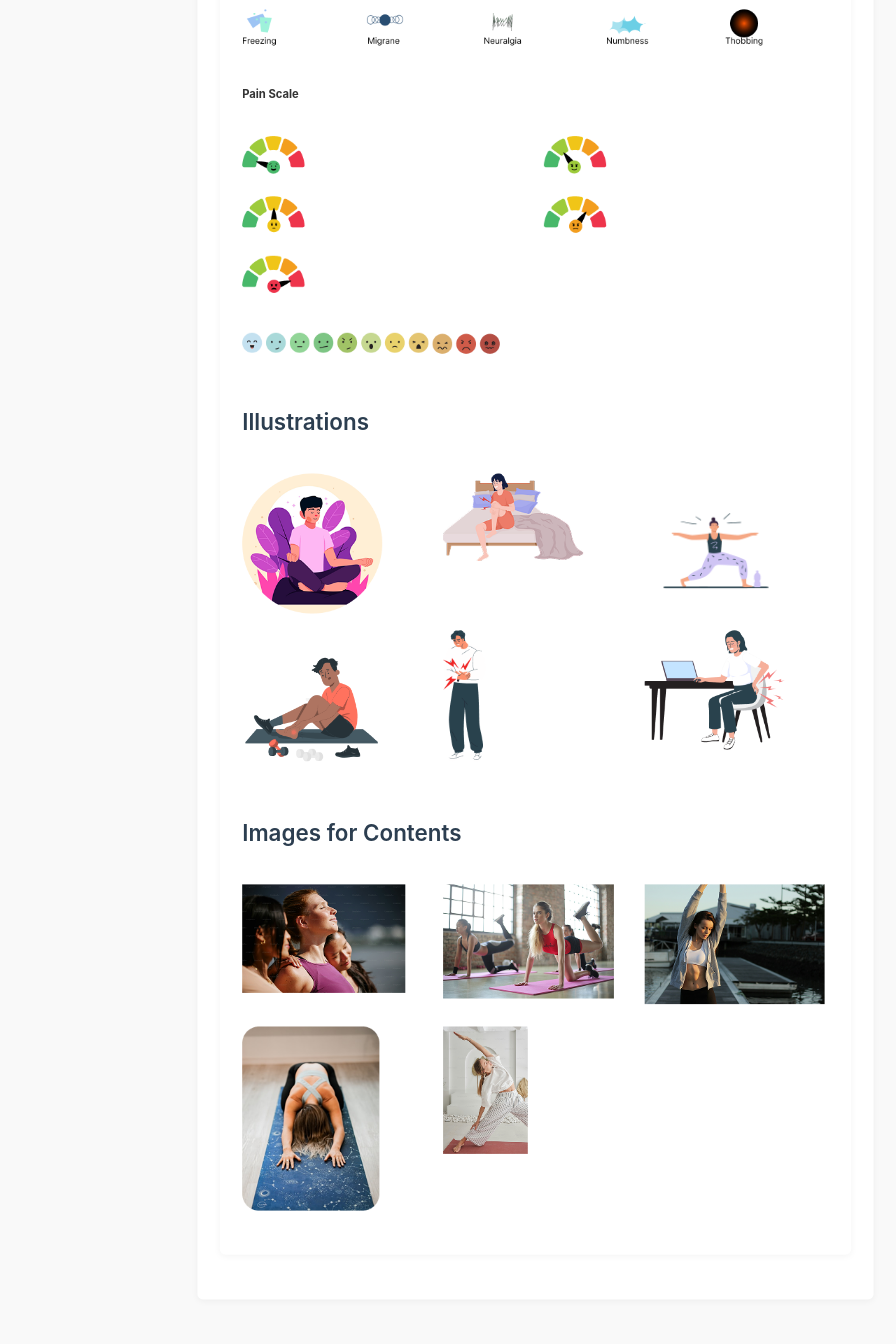
Repository: rosielee09/Heal_U
Page: graphics.html
An editor plug-in stored every save of this project. The page is shown before and after the next save, followed by the edit.
The browser window is 1280 px wide. The pictures show the part of the page from y = 2169 to 4089 px (the page is 4089 px tall before and 4026 px after), at 70% of full size.

Above is the page before, as saved 2025-04-03 22:19:38.

### graphics.html
<!DOCTYPE html>
<html lang="en">
<head>
    <meta charset="UTF-8">
    <meta name="viewport" content="width=device-width, initial-scale=1.0">
    <link rel="stylesheet" href="styles.css">
    <title>Heal_U Styleguide</title>
</head>
<body>
    <div class="container">
        <!-- Sidebar Navigation -->
        <div class="sidebar">
            <div class="sidebar-header">
                <h1>UI/UX Styleguide</h1>
                <p>Project design system</p>
            </div>
            <ul class="nav">
                <li ><a href="index.html">Home</a></li>
                <li><a href="colors.html">Colors</a></li>
                <li><a href="typography.html">Typography</a></li>
                <li><a href="logo.html">Logo</a></li>
                <li class="active"><a href="graphics.html">Graphics</a></li>
                <li><a href="references.html">References</a></li>
            </ul>
        </div>

        <!-- Main Content - Home Page -->

        <div class="content">
            <header class="page-header">
                <h2>Graphics</h2>
            </header>

            <div class="component">
                <div class="component-header">
                  <p class="component-description">This document provides guidelines for maintaining visual consistency across our product.</p>
                </div>
           <!-- SECTION 1: menu bar -->
           <div class="component">
            <div class="component-header">

                <section class="component-section">
                    <h3 class="component-title">Navigation Bar</h3>
                    <div class="graphic-grid">
                        <!-- home -->
                        <div class="graphic-item">
                            <img class="graphic-menu__icon" src="/img/graphic-menu/home.png" alt="home">
                            <div class="graphic-info">
                                <h4 class="graphic-title">Home</h4>
                                <div>The Home button navigates users to the home screen, providing quick access to the main interface.</div>
                            </div>
                        </div>
                        <!-- diagnose -->
                        <div class="graphic-item">
                            <img class="graphic-menu__icon" src="/img/graphic-menu/diagnose.png" alt="diagnose">
                            <div class="graphic-info">
                                <h4 class="graphic-title">Diagnose </h4>
                                <div>The diagnose button navigates users to the Diagnose page, allowing them to reassess their condition anytime, especially if their pain level changes significantly.</div>
                            </div>
                        </div>
                        <!-- Progress -->
                        <div class="graphic-item">
                            <img class="graphic-menu__icon" src="/img/graphic-menu/progress.png" alt="Progress">
                            <div class="graphic-info">
                                <h4 class="graphic-title">Progress </h4>
                                <div>
                                    The Progress button takes users to the Progress page, where they can track their journey from the beginning to their current pain condition.</div>
                            </div>
                        </div>

                        <!-- blog -->
                        <div class="graphic-item">
                            <img class="graphic-menu__icon" src="/img/graphic-menu/blog.png" alt="blog">
                            <div class="graphic-info">
                                <h4 class="graphic-title">Blog </h4>
                                <div>The Blog button takes users to the blog page, allowing them to interact with others and find motivation through shared experiences.</div>
                        </div>
                        </div>

                        <!-- Setting -->
                        <div class="graphic-item">
                            <img class="graphic-menu__icon" src="/img/graphic-menu/setting.png" alt="Setting">
                            <div class="graphic-info">
                                <h4 class="graphic-title">Setting </h4>
                                <div>The Settings button takes users to the settings page, where they can customize their preferences and personalize their experience.</div>

                    </div>
                </div>
            </div>

<!-- button section -->
                <section class="component-section">
                    <h3 class="component-title">Buttons </h3>

                    <div class="graphic-grid">
                          <!-- fill button -->
                        <div class="graphic-item">
                            <img class="graphic-button__icon" src="/img/Appovation - buttons/Button-fill-withIcon.png" alt="fill-icon">
                        </div>
                        <div class="graphic-item">
                            <img class="graphic-button__icon" src="/img/Appovation - buttons/Button-fill.jpg" alt="fill">
                        </div>
                        <div class="graphic-item">
                            <img class="graphic-button__icon" src="/img/Appovation - buttons/Button-outline.jpg" alt="outline">
                        </div>
                        <div class="graphic-item">
                            <img class="graphic-button__icon" src="/img/Appovation - buttons/chips-fill.png" alt="chips">
                        </div>
                        <div class="graphic-item">
                            <img class="graphic-button__icon" src="/img/Appovation - buttons/chips-highlighted.png" alt="chips-highlighted">
                        </div>
                        <div class="graphic-item">
                            <img class="graphic-button__icon" src="/img/Appovation - buttons/chips-outlined.png" alt="chips-outlined">
                        </div>
                    </div>
                </section>

            <section class="component-section">
                <h3 class="component-title">Icons </h3>
                <h4 class="graphic-title">User Setting</h4>
                <div class="graphic-item">
                    <img class="graphic-icons" src="/img/Appovation - icons/user setting icon.png" alt="pain_type_icon">
                </div>

                <h4 class="graphic-title">Type of Pain</h4>
                <div class="graphic-grid__icons">

                    <div class="graphic-item">
                        <img class="graphic-icons" src="/img/Appovation - icons/Icon-stabbing.png" alt="pain_type_icon">
                    </div>
                    <div class="graphic-item">
                        <img class="graphic-icons" src="/img/Appovation - icons/Icon-tingling.png" alt="pain_type_icon">
                    </div>
                    <div class="graphic-item">
                        <img class="graphic-icons" src="/img/Appovation - icons/Icon_Burning.png" alt="pain_type_icon">
                    </div>
                    <div class="graphic-item">
                        <img class="graphic-icons" src="/img/Appovation - icons/Icon_Cramps.png" alt="pain_type_icon">
                    </div>
                    <div class="graphic-item">
                        <img class="graphic-icons" src="/img/Appovation - icons/Icon_dull ache.png" alt="pain_type_icon">
                    </div>
                    <div class="graphic-item">
                        <img class="graphic-icons" src="/img/Appovation - icons/Icon_freezing.png" alt="pain_type_icon">
                    </div>
                    <div class="graphic-item">
                        <img class="graphic-icons" src="/img/Appovation - icons/Icon_Migrane.png" alt="pain_type_icon">
                    </div>
                    <div class="graphic-item">
                        <img class="graphic-icons" src="/img/Appovation - icons/Icon_neuralgia.png" alt="pain_type_icon">
                    </div>
                    <div class="graphic-item">
                        <img class="graphic-icons" src="/img/Appovation - icons/Icon_numbness.png" alt="pain_type_icon">
                    </div>
                    <div class="graphic-item">
                        <img class="graphic-icons" src="/img/Appovation - icons/Icon_thobbing.png" alt="pain_type_icon">
                    </div>

                </div>


                <h4 class="graphic-title">Pain Scale</h4>
                <div class="graphic-grid">

                    <div class="graphic-item">
                        <img class="graphic-icons" src="/img/Appovation - icons/Pain_difference-slider-green.png" alt="pain_scale_icon">
                    </div>
                    <div class="graphic-item">
                        <img class="graphic-icons" src="/img/Appovation - icons/Pain_difference-slider-mild.png" alt="pain_scale_icon">
                    </div>
                    <div class="graphic-item">
                        <img class="graphic-icons" src="/img/Appovation - icons/Pain_difference-slider-middle.png" alt="pain_scale_icon">
                    </div>
                    <div class="graphic-item">
                        <img class="graphic-icons" src="/img/Appovation - icons/Pain_difference-slider-less-severe.png" alt="pain_scale_icon">
                    </div>
                    <div class="graphic-item">
                        <img class="graphic-icons" src="/img/Appovation - icons/Pain_difference-slider-severe.png" alt="pain_scale_icon">
                    </div>
                </div>
                <div class="graphic-item-grid1">
                    <img class="graphic-icons" src="/img/Appovation - icons/progress pain scale.png" alt="pain_scale_icon">
                </div>

        </section>

        <section class="component-section">
            <h3 class="component-title">Illustrations</h3>

            <div class="graphic-grid-illustrations">
                  <!-- fill button -->
                <div class="graphic-item-illustrations">
                    <img class="graphic-illustrations" src="/img/Appovation - illustration set/5214865 1.png" >
                </div>
                <div class="graphic-item-illustrations">
                    <img class="graphic-illustrations" src="/img/Appovation - illustration set/AdobeStock_593962329 1.png">
                </div>
                <div class="graphic-item-illustrations">
                    <img class="graphic-illustrations" src="/img/Appovation - illustration set/exercise 2.png" >
                </div>
                <div class="graphic-item-illustrations">
                    <img class="graphic-illustrations" src="/img/Appovation - illustration set/Group 103.png" >
                </div>
                <div class="graphic-item-illustrations">
                    <img class="graphic-illustrations" src="/img/Appovation - illustration set/Group 84.png" >
                </div>
                <div class="graphic-item-illustrations">
                    <img class="graphic-illustrations" src="/img/Appovation - illustration set/Group 98.png" >
                </div>
            </div>
        </section>

        <section class="component-section">
            <h3 class="component-title">Images for Contents</h3>

            <div class="graphic-grid-images">
                <div class="graphic-item">
                    <img class="graphic-icons" src="/img/Appovation - images for contents/unsplash_GbomLmruCM8.png " alt="pain_type_icon">
                </div>
                <div class="graphic-item">
                    <img class="graphic-icons" src="/img/Appovation - images for contents/unsplash_gJtDg6WfMlQ.png" alt="pain_type_icon">
                </div>
                <div class="graphic-item">
                    <img class="graphic-icons" src="/img/Appovation - images for contents/unsplash_kFCdfLbu6zA.png" alt="pain_type_icon">
                </div>
                <div class="graphic-item">
                    <img class="graphic-icons" src="/img/Appovation - images for contents/unsplash_PJ8C7JCqK0o-1.png" alt="pain_type_icon">
                </div>
                <div class="graphic-item">
                    <img class="graphic-icons" src="/img/Appovation - images for contents/unsplash_PJ8C7JCqK0o.png" alt="pain_type_icon">
                </div>
        </section>


</body>
<script src="script.js"></script>
</html>

### styles.css
* {
    margin: 0;
    padding: 0;
    box-sizing: border-box;
}

body {
    font-family: 'Inter', -apple-system, BlinkMacSystemFont, 'Segoe UI', Roboto, Oxygen, Ubuntu, Cantarell, sans-serif;
    line-height: 1.6;
    color: #333;
    background-color: #f9f9f9;
}

/* Layout */
.container {
    display: flex;
    min-height: 100vh;
}

/* Sidebar Navigation */
.sidebar {
    width: 250px;
    background-color: #2c3e50;
    color: #fff;
    padding: 2rem 0;
    position: fixed;
    height: 100vh;
    overflow-y: auto;
}

.sidebar-header {
    padding: 0 1.5rem 2rem;
    border-bottom: 1px solid rgba(255, 255, 255, 0.1);
}

.sidebar-header h1 {
    font-size: 1.5rem;
    font-weight: 700;
    margin-bottom: 0.5rem;
}

.sidebar-header p {
    font-size: 0.875rem;
    opacity: 0.7;
}

.nav {
    list-style: none;
    padding: 1.5rem 0;
}

.nav li {
    padding: 0.5rem 1.5rem;
}

.nav li.active {
    background-color: rgba(255, 255, 255, 0.1);
    border-left: 4px solid #3498db;
}

.nav a {
    color: #fff;
    text-decoration: none;
    display: block;
    font-size: 0.95rem;
    transition: all 0.2s;
}

.nav a:hover {
    opacity: 0.8;
}

/* Main Content */
.content {
    flex: 1;
    padding: 2rem;
    margin-left: 250px;
    max-width: calc(100% - 250px);
}

.page-header {
    margin-bottom: 2rem;
    padding-bottom: 1rem;
    border-bottom: 1px solid #eee;
}

.page-header h2 {
    font-size: 2rem;
    font-weight: 700;
    color: #2c3e50;
    margin-bottom: 0.5rem;
}

.page-header p {
    color: #7f8c8d;
    font-size: 1.1rem;
}

/* Components Common Styles */
.component {
    background-color: #fff;
    border-radius: 8px;
    box-shadow: 0 2px 10px rgba(0, 0, 0, 0.05);
    padding: 2rem;
    margin-bottom: 2rem;
}

.component-section{
    margin-top: 3rem;
}

.component-header {
    margin-top: 1.5rem;
    margin-bottom: 1.5rem;
}

.component-title {
    font-size: 2rem;
    font-weight: 600;
    margin-top: 4rem;
    margin-bottom: 3rem;
    color: #2c3e50;
}

.component-description {
    color: #7f8c8d;
}


    /* Color Styles */
.color-grid {
    display: grid;
    grid-template-columns: repeat(auto-fill, minmax(300px, 1fr));
    gap: 1.5rem;
}

.color-grid__onlycolor {
    display: grid;
    grid-template-columns: repeat(auto-fill, minmax(300px, 2fr));
    gap: 1.5rem;
    align-items: center;
}

.color-grid__Accessiblilliy {
    display: grid;
    grid-template-columns: repeat(auto-fit, minmax(clamp(300px, 50%, 400px), 1fr));
    gap: 1.5rem;
}

.color-item {
    border-radius: 6px;
    overflow: hidden;
    box-shadow: 0 2px 5px rgba(0, 0, 0, 0.1);
}

.color-preview {
    height: 120px;
}

.color-info {
    padding: 1rem;
    background-color: #fff;
}

.color-name {
    font-weight: 600;
    margin-bottom: 0.25rem;
}

.color-value {
    font-family: monospace;
    color: #7f8c8d;
    font-size: 0.85rem;
}

.color__primary--preview{
    background-color: #29424D;
}

.color__secondary--preview{
    background-color: #CFC4F4;
}

.color__tertiary--preview {
    background-color: #F8F3EC;
}

.color__accent--preview{
    background-color: #CDF06B;
}

.color__success--preview{
    background-color: #138636;
}

.color__error--preview{
    background-color: #C32D2D;
}

.color__warning--preview{
    background-color: #FFBD11;
}

.color__info--preview{
    background-color: #4976BA;
}

.color__background--preview{
    background-color: #fff;
}

.color__text--preview{
    background-color: #2E2E30;
}

.color-accessiblillity-img {
    width: 100%;
    height: 70%;
}

.color-example-img{
    align-items: center;
}


/* Graphics */
.graphic-grid {
    display: grid;
    grid-template-columns: repeat(auto-fill, minmax(300px, 2fr));
    gap: 1.5rem;

}

/* section__icons */
.graphic-grid__icons{
    display: grid;
    grid-template-columns: repeat(5, 1fr);
    gap: 1.5rem;
}

.graphic-item{
   justify-items: center;

}


.graphic-menu__icon{
    margin: 10px;
}
.graphic-title{
    margin-top: 3rem;
    margin-bottom: 3rem;
}

.graphic-item-grid1{
    margin-top: 3rem;
}


/* section illustrations */
.graphic-grid-illustrations,
.graphic-grid-images{
    display: grid;
    grid-template-columns: repeat(3, 1fr);
    gap: 1.5rem;
}
.graphic-item-illustrations,
.graphic-illustrations{
    max-width: 200px;
    max-height: 200px;
}
/* Typography */

/* Import Roboto font with multiple weights */
@import url('https://fonts.googleapis.com/css2?family=Roboto:wght@400;500;700&display=swap');


/* Table styling */
table {
  width: 100%;
  border-collapse: collapse;
  font-family: 'Roboto', sans-serif;
  margin: 2rem 0;
}

th {
  background-color: #f8f9fa;
  color: #212529;
  padding: 12px 16px;
  text-align: left;
  font-weight: 500;
  border-bottom: 2px solid #dee2e6;

}

td {
  padding: 16px;
  border-bottom: 1px solid #e9ecef;
  vertical-align: top;
}

/* Remove default list styling */
td li {
  list-style: none;
  margin: 4px 0;
  padding-left: 0;
}



.content-image {
  margin: auto;
  display: block;
  padding: 1rem;
}

.center {
  text-align: center;
}



.typography-item {
    margin-bottom: 2rem;
}


.heading1 {
  font-family: 'Roboto', sans-serif;
  font-size: 40px;
  line-height: 48px;
  font-weight: 700;
  color: #212529;

}

.heading2 {
  font-family: 'Roboto', sans-serif;
  font-size: 32px;
  line-height: 40px;
  font-weight: 700;
  color: #212529;
}

.section-header {
  font-family: 'Roboto', sans-serif;
  font-size: 24px;
  line-height: 32px;
  font-weight: 700;
  color: #212529;
}

.sub-header {
  font-family: 'Roboto', sans-serif;
  font-size: 20px;
  line-height: 28px;
  font-weight: 700;
  color: #212529;
}

.body-bold {
  font-family: 'Roboto', sans-serif;
  font-size: 16px;
  line-height: 24px;
  font-weight: 700;
  color: #212529;
}


.body {
  font-family: 'Roboto', sans-serif;
  font-size: 16px;
  line-height: 24px;
  font-weight: 400;
  color: #212529;
}

.small {
  font-family: 'Roboto', sans-serif;
  font-size: 14px;
  line-height: 20px;
  font-weight: 400;
  color: #212529;
}

.small-italic {
  font-family: 'Roboto', sans-serif;
  font-style: italic;
  font-size: 14px;
  line-height: 20px;
  font-weight: 400;
  color: #212529;
}

.tiny-bold {
  font-family: 'Roboto', sans-serif;
  font-size: 12px;
  line-height: 18px;
  font-weight: 700;
  color: #212529;
}

.tiny {
  font-family: 'Roboto', sans-serif;
  font-size: 12px;
  line-height: 18px;
  font-weight: 400;
  color: #212529;
}

.mini {
  font-family: 'Roboto', sans-serif;
  font-size: 8px;
  line-height: 12px;
  font-weight: 400;
  color: #212529;
  letter-spacing: 0.5px;
}

/* Add zebra striping for better readability */
tbody tr:nth-child(odd) {
  background-color: #f8f9fa;
}

Loaded but not shown: script.js (no stored copy; drawn as an empty file)

After the next save:
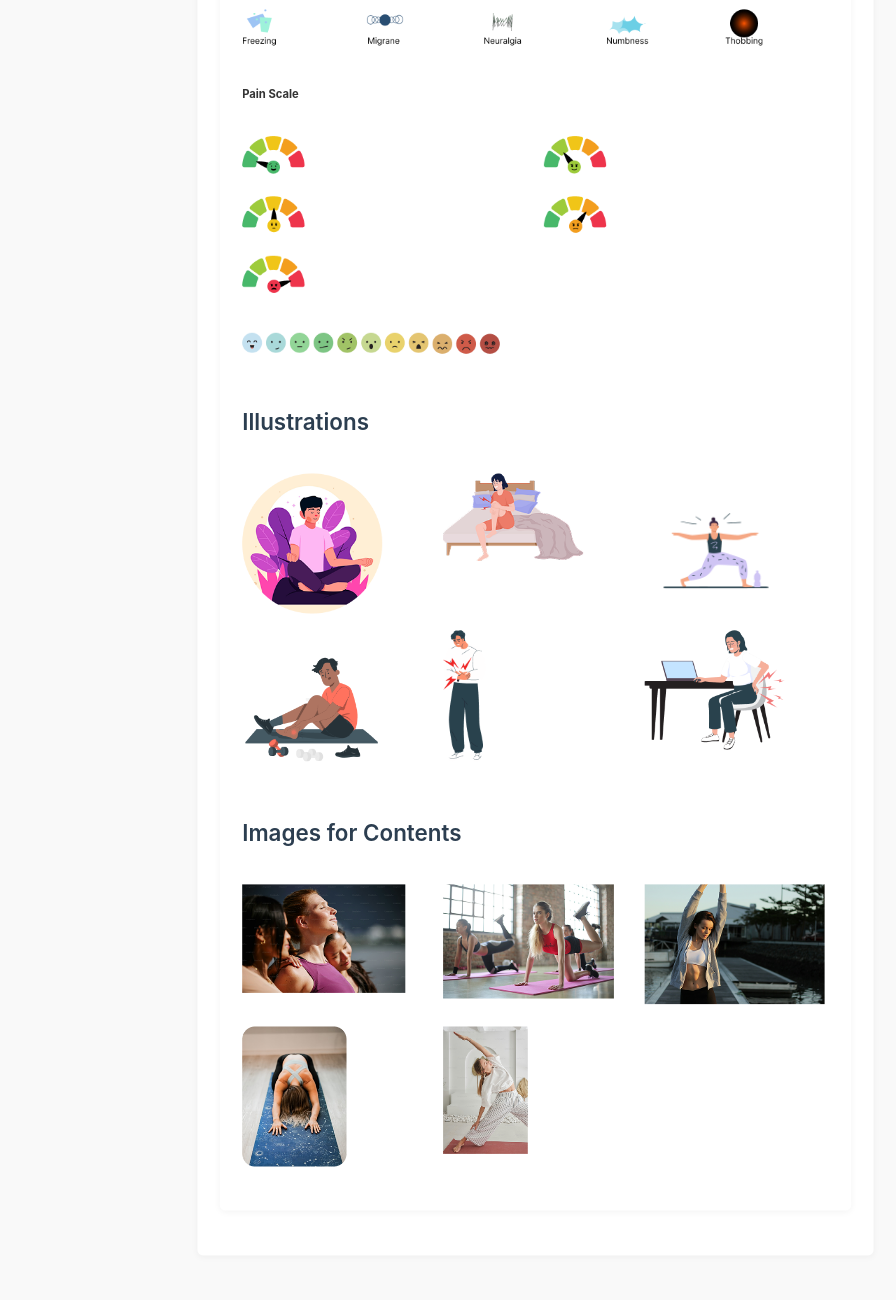
Saved 30 s later.
--- a/graphics.html
+++ b/graphics.html
@@ -224,7 +224,7 @@
                     <img class="graphic-icons" src="/img/Appovation - images for contents/unsplash_kFCdfLbu6zA.png" alt="pain_type_icon">
                 </div>
                 <div class="graphic-item">
-                    <img class="graphic-icons" src="/img/Appovation - images for contents/unsplash_PJ8C7JCqK0o-1.png" alt="pain_type_icon">
+                    <img height="200px" class="graphic-icons" src="/img/Appovation - images for contents/unsplash_PJ8C7JCqK0o-1.png" alt="pain_type_icon">
                 </div>
                 <div class="graphic-item">
                     <img class="graphic-icons" src="/img/Appovation - images for contents/unsplash_PJ8C7JCqK0o.png" alt="pain_type_icon">
